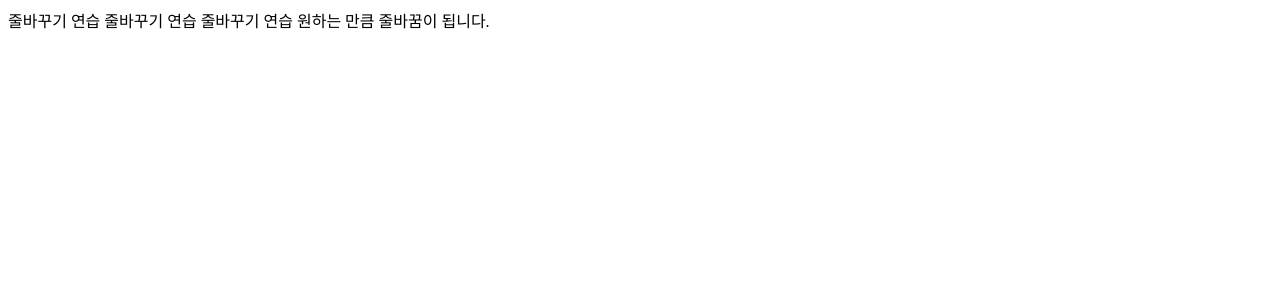
Repository: sungeunbyeol/Nowon-ezen-jsp
Page: test/WebContent/test02.html
The author's editor kept a copy of each file at every save. The page is drawn from the files as they stood at one save, then again after the next save.
The browser window is 1280 px wide. The pictures show the whole page.

Above is the page before, as saved 2021-11-02 01:50:52.

After the next save:
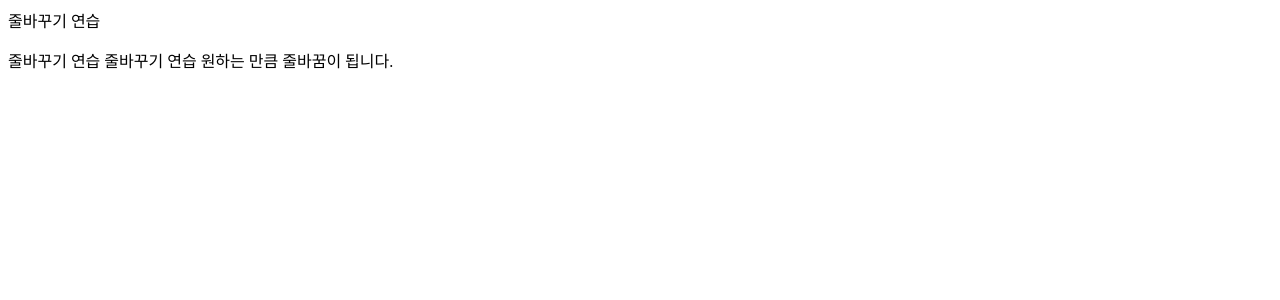
Saved 15 s later.
--- a/test/WebContent/test02.html
+++ b/test/WebContent/test02.html
@@ -4,7 +4,7 @@
 	<title>줄바꾸기 연습</title>
 </head>
 <body>
-	줄바꾸기 연습
+	<p>줄바꾸기 연습</p>
 	줄바꾸기 연습
 	줄바꾸기 연습
 	원하는 만큼 줄바꿈이 됩니다.
